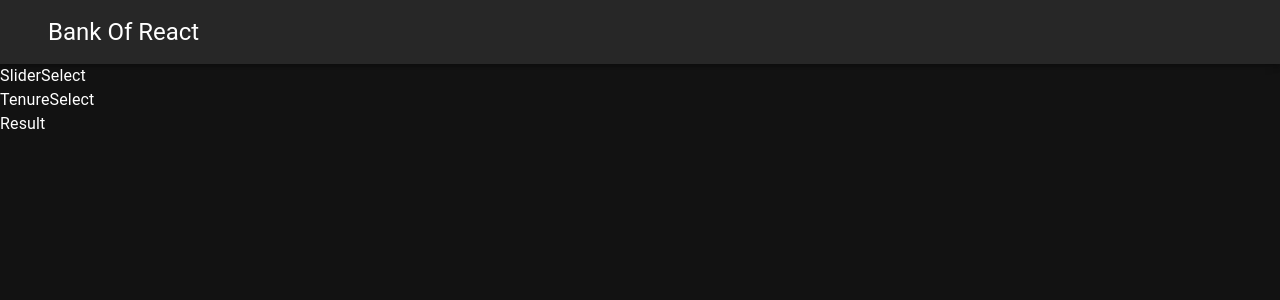
Repository: MikeeBuilds/mortgage-calculator
Page: /
An editor plug-in stored every save of this project. The page is shown before and after a run of saves, followed by the edit.
The browser window is 1280 px wide. The pictures show the whole page.
The project was rebuilt for these pictures with package versions that can differ from the ones it lists, and the page was loaded fresh each time.

Above is the page before, as saved 2023-04-03 17:12:50.

After the next 4 saves:
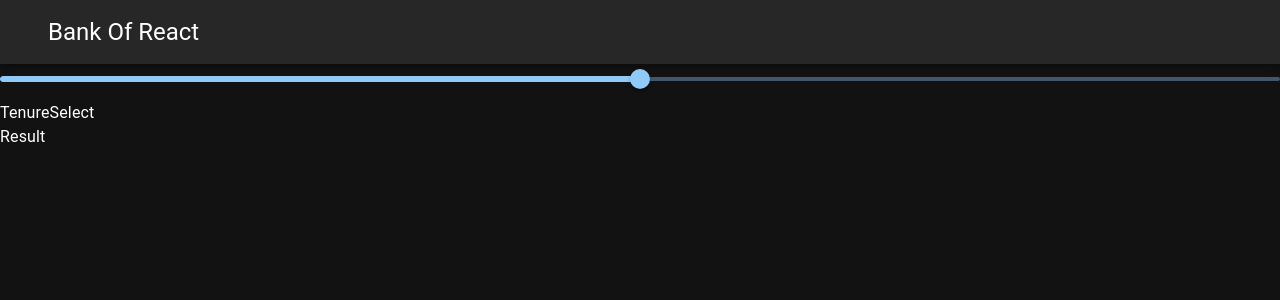
The 4 saves are shown as one change because 1 did not build or start and some came seconds apart.
The last was saved 23 s later.
--- a/src/components/SliderSelect.js
+++ b/src/components/SliderSelect.js
@@ -1,8 +1,9 @@
 import React from 'react'
+import SliderComponent from './common/SliderComponent'
 
 const SliderSelect = () => {
   return (
-    <div>SliderSelect</div>
+    <SliderComponent />
   )
 }
 
